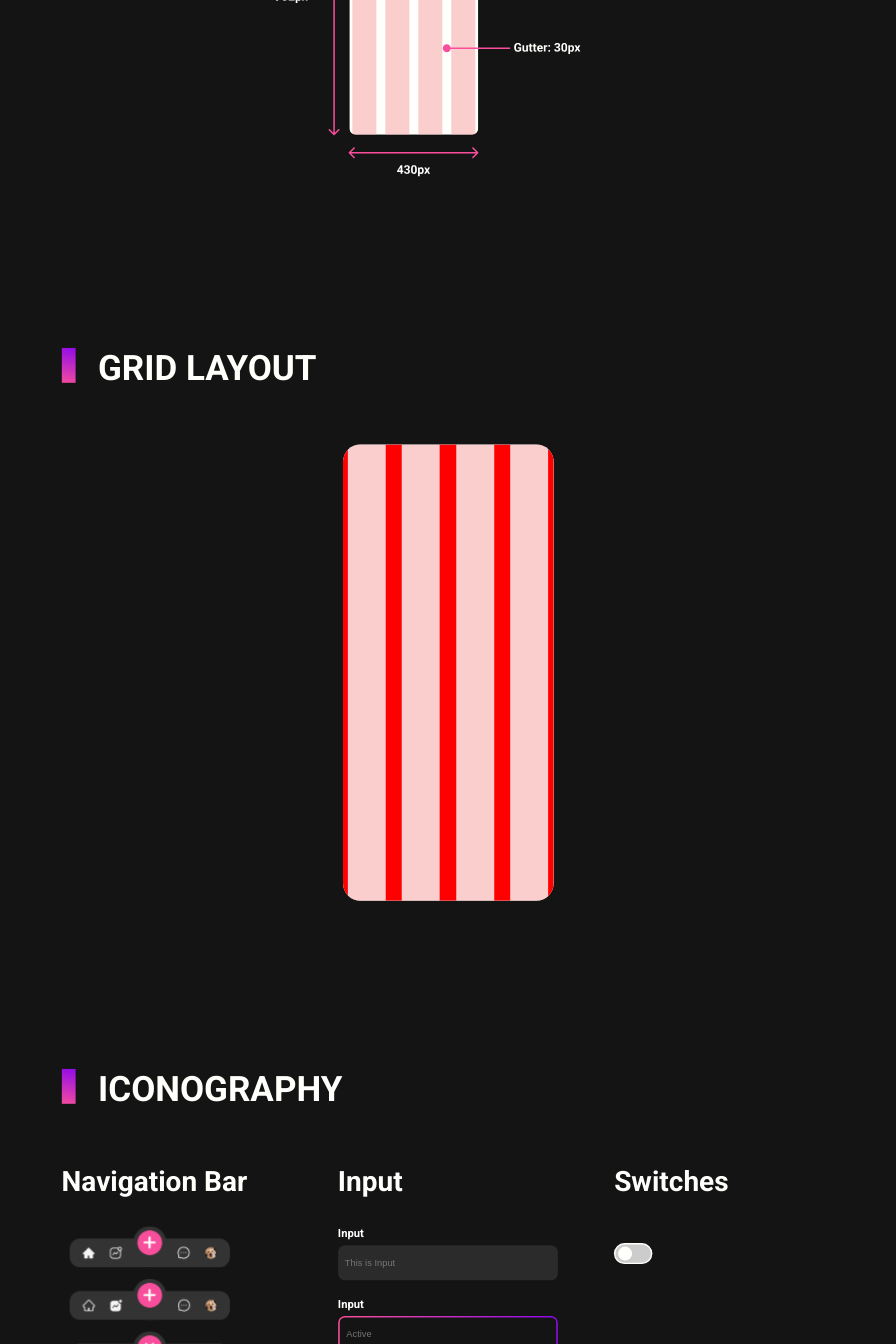
Repository: MonicaNguyenH/artflow_frontend_vanJS
Page: index.html
These files come from the project's save history. The page is drawn as it stood at one moment and after the next save; the edit follows.
The browser window is 1280 px wide. The pictures show the part of the page from y = 2847 to 4767 px (the page is 6020 px tall), at 70% of full size.
Some web fonts or font styles are not loaded; a fallback is used.

Above is the page before, as saved 2024-05-07 11:03:03.

After the next save:
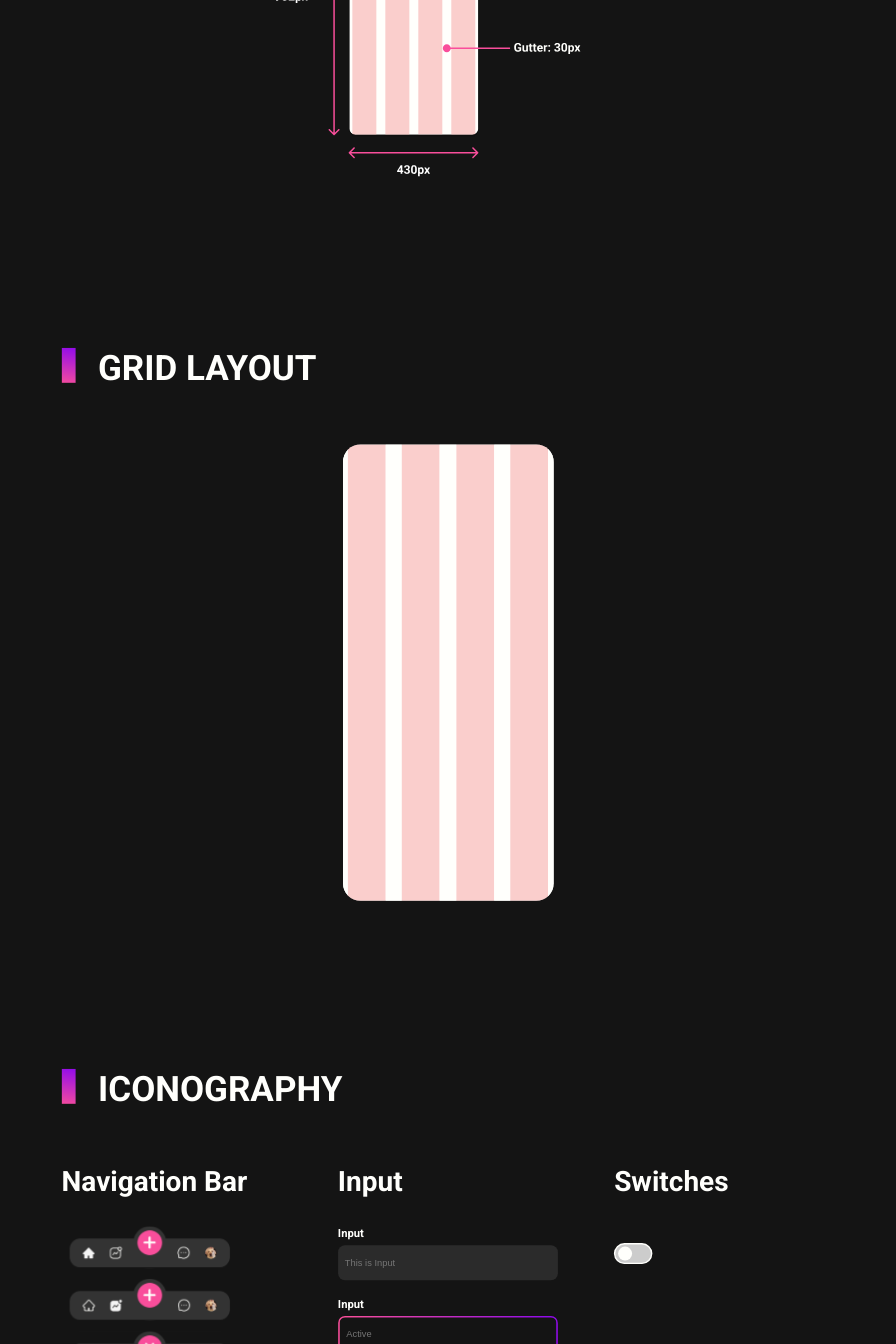
Saved 14 s later.
--- a/css/style.css
+++ b/css/style.css
@@ -510,7 +510,7 @@ input:checked + .slider:before {
 .grid-gutter {
     height: 652px;
     width: 100%;
-    background-color: red;
+    background-color: var(--white);
 }
 
 .grid-margin {
